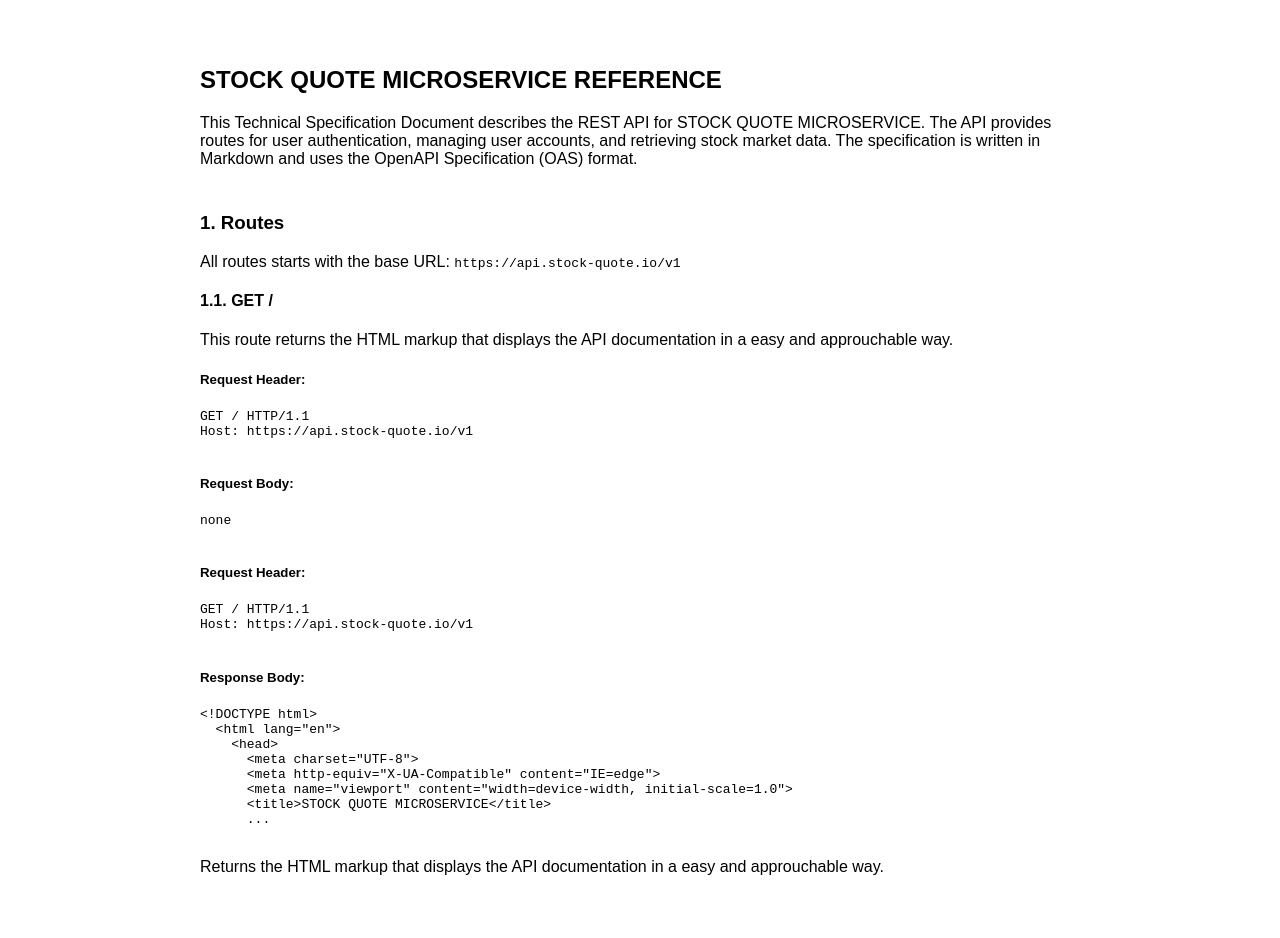
Repository: miguelamello/nest-js
Page: stock-service/reference.html
An editor plug-in stored every save of this project. The page is shown before and after a run of saves, followed by the edit.
The browser window is 1280 px wide. The pictures show the whole page.

Above is the page before, as saved 2023-04-03 13:48:06.

After the next 2 saves:
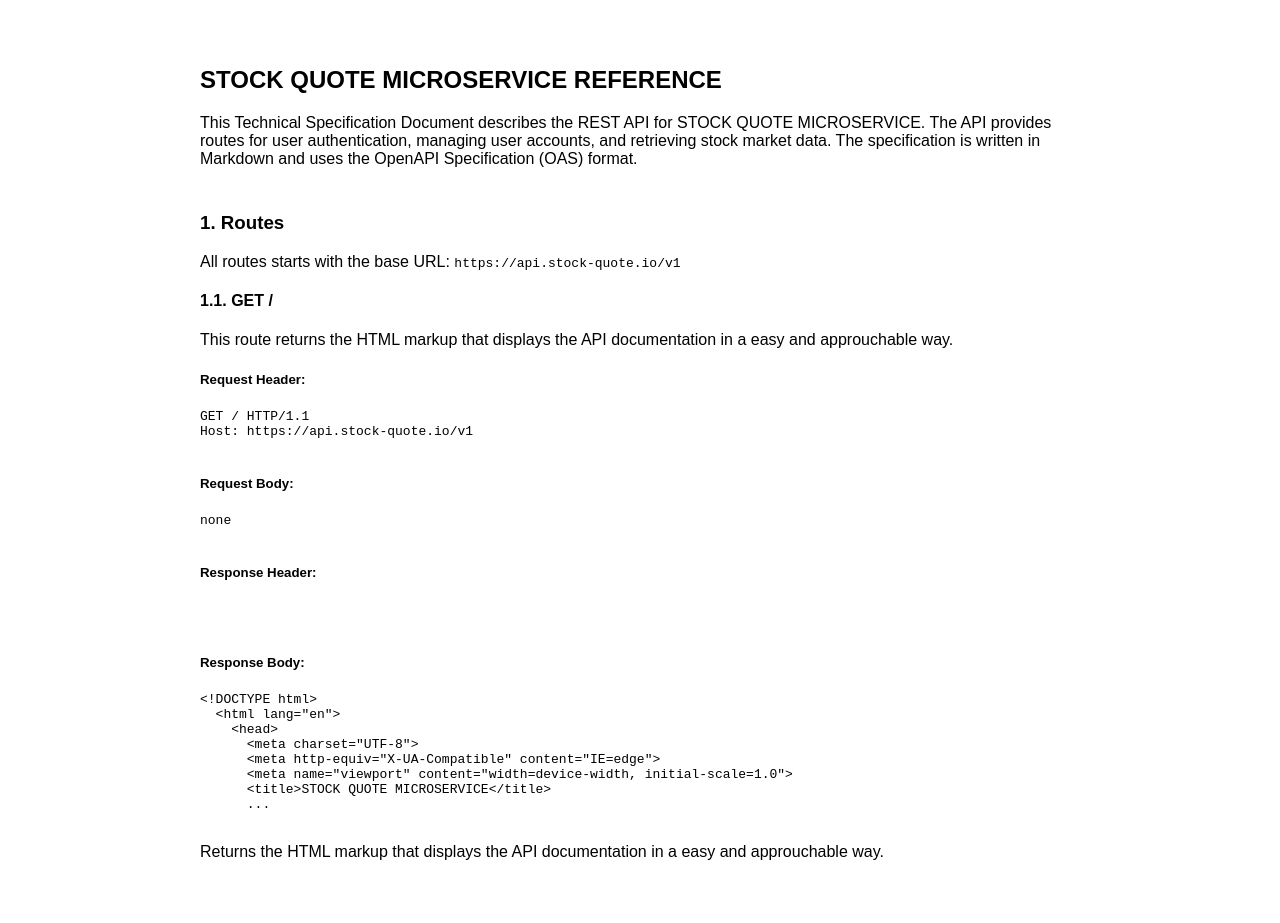
The 2 saves are shown as one change because they came seconds apart.
The last was saved 9 s later.
--- a/stock-service/reference.html
+++ b/stock-service/reference.html
@@ -50,10 +50,9 @@ Host: https://api.stock-quote.io/v1
 none
   </pre>
 
-  <h5>Request Header:</h5>
+  <h5>Response Header:</h5>
   <pre>
-GET / HTTP/1.1
-Host: https://api.stock-quote.io/v1
+
   </pre>
 
   <h5>Response Body: </h5>
